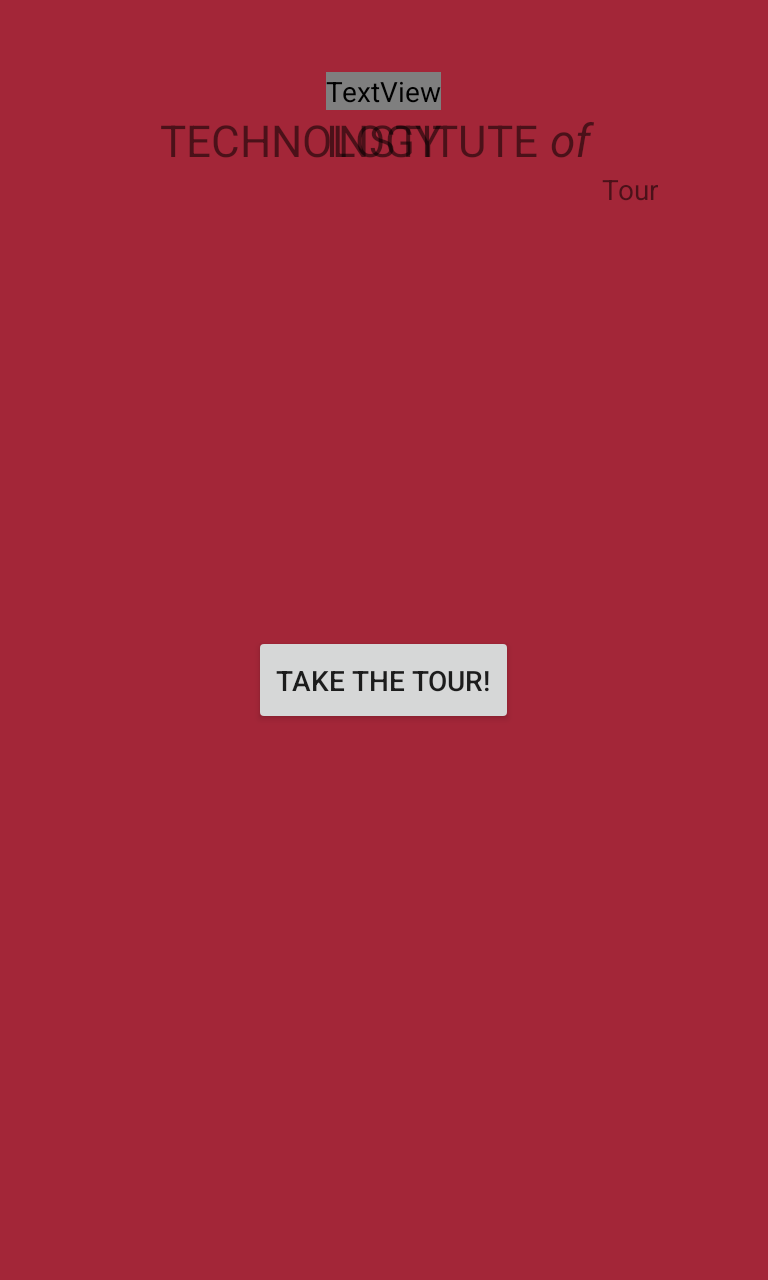
Repository: Klyros/StevensTourApp
Layout: StevensTourApp/res/layout/activity_home_screen.xml
The author's editor kept a copy of each file at every save. The layout is drawn from the files as they stood at one save, then again after the next save.
Pictures or frames that could not be fetched are drawn as grey boxes. It is drawn on a 768 x 1280 px phone screen (xhdpi) without system bars, with theme AppTheme; the app's code is not run.

Above is the layout before, as saved 2014-08-23 23:45:47.

After the next save:
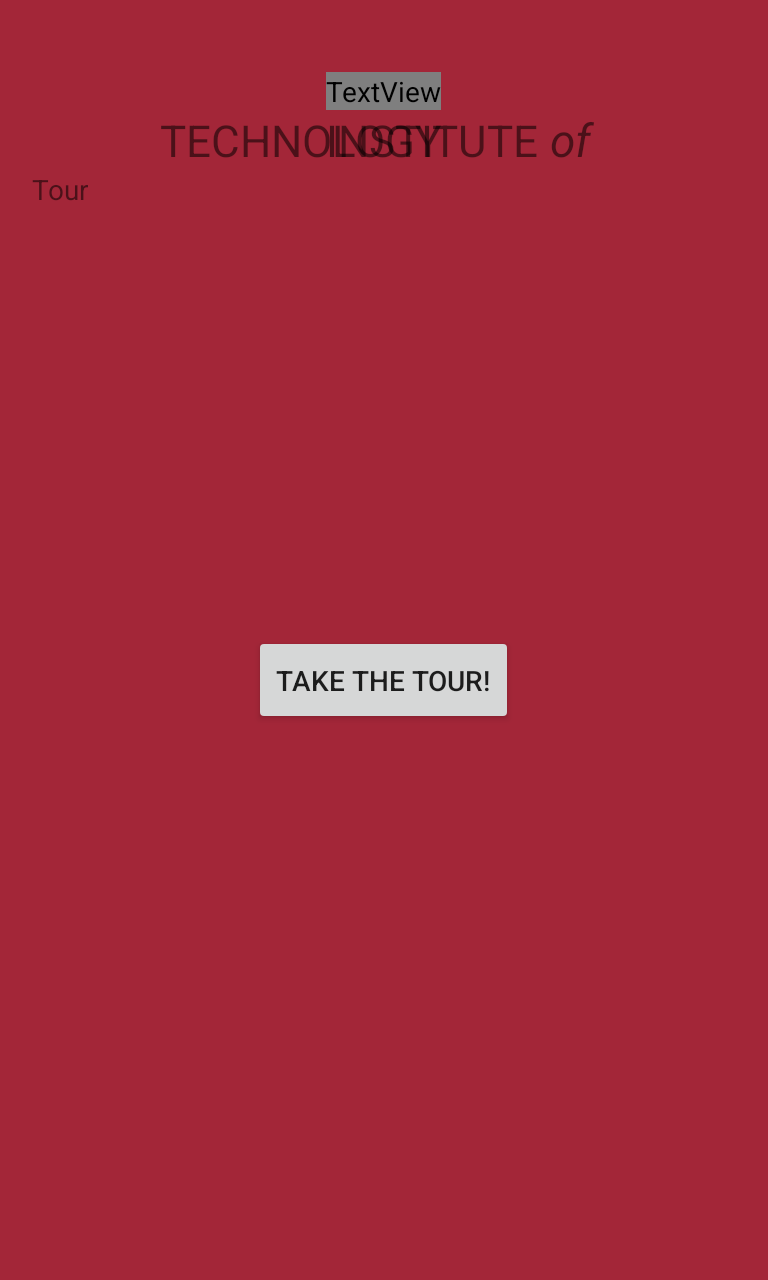
Saved 11 s later.
--- a/StevensTourApp/res/layout/activity_home_screen.xml
+++ b/StevensTourApp/res/layout/activity_home_screen.xml
@@ -65,7 +65,6 @@
             android:layout_width="wrap_content"
             android:layout_height="wrap_content"
             android:layout_below="@+id/stevensOf"
-            android:layout_toRightOf="@+id/stevensOf"
             android:text="Tour" />
 
 </RelativeLayout>
